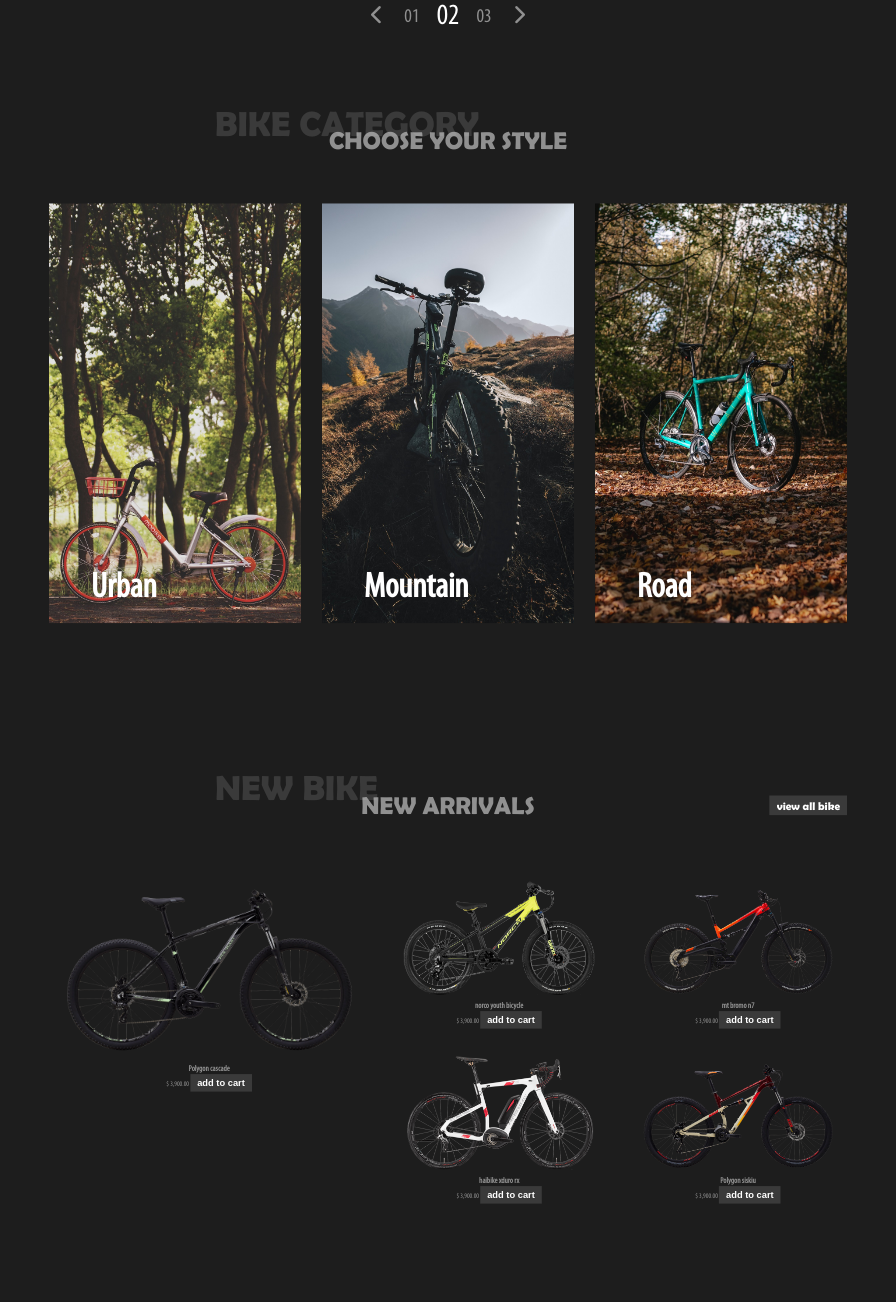
Repository: phamhuuloc/TourBike
Page: index.html
An editor plug-in stored every save of this project. The page is shown before and after the next save, followed by the edit.
The browser window is 1280 px wide. The pictures show the part of the page from y = 658 to 2578 px (the page is 2518 px tall before and 2578 px after), at 70% of full size.

Above is the page before, as saved 2021-11-06 10:32:31.

After the next save:
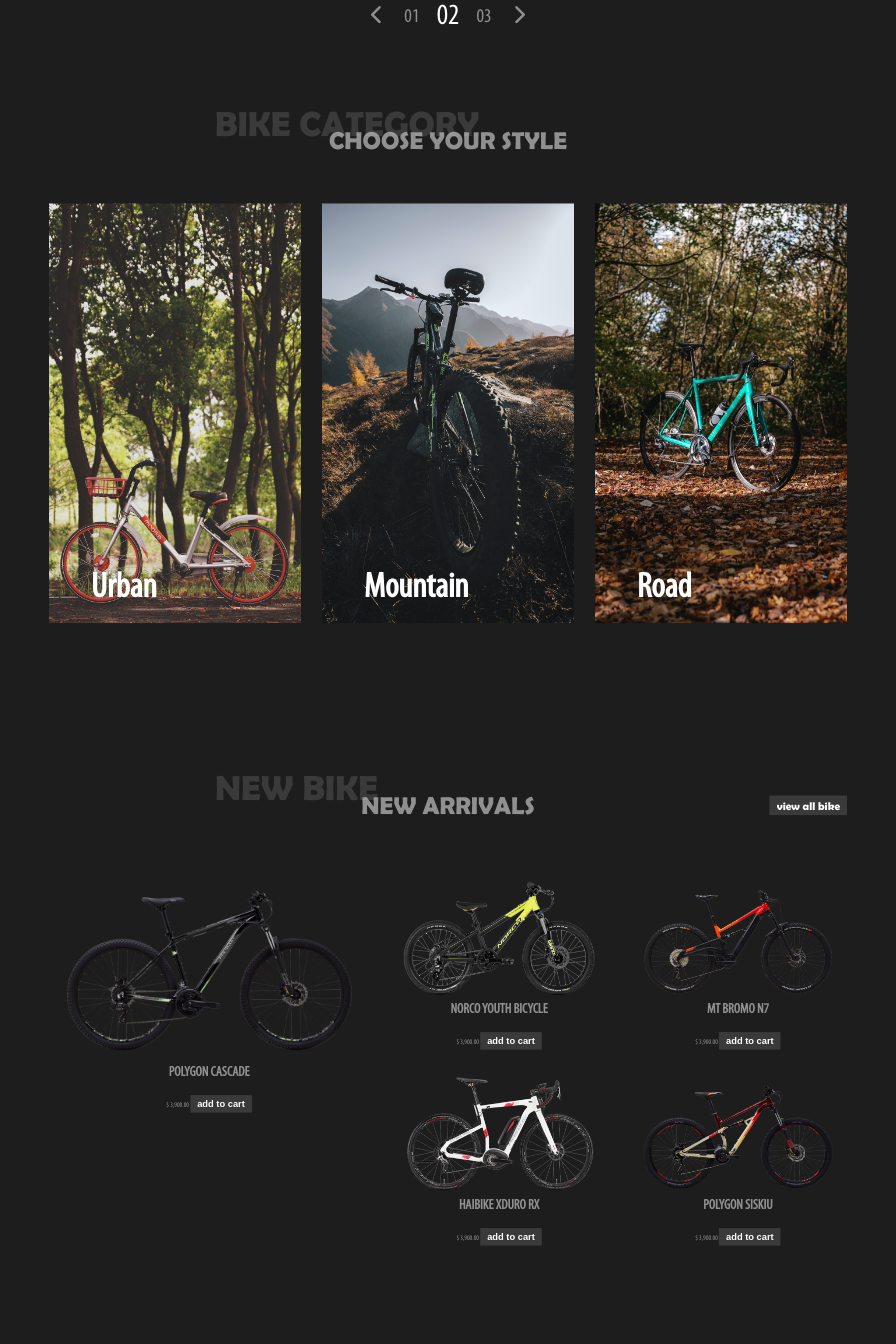
Saved 115 s later.
--- a/assets/css/main.css
+++ b/assets/css/main.css
@@ -311,3 +311,11 @@
 .product-card:hover {
   background-color: var(--bg-black);
 }
+.product-card-im {
+  margin-bottom: 20px;
+}
+.product-name {
+  font-size: 2rem;
+  text-transform: uppercase;
+  margin-bottom: 2rem;
+}
